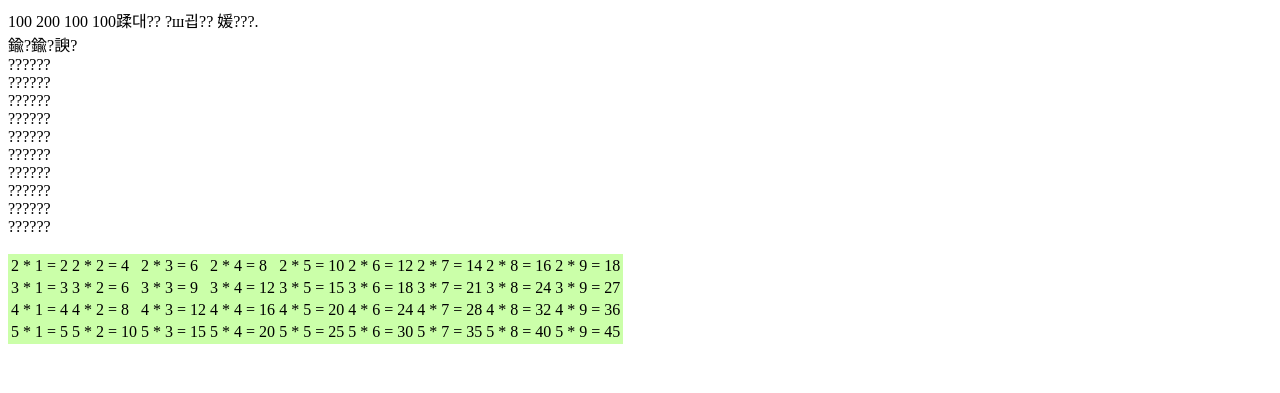
Repository: lee010207/HTML-CSS-JS
Page: http://localhost/EL_JSTL/jstlTest.jsp
The author's editor kept a copy of each file at every save. The page is drawn from the files as they stood at one save, then again after the next save.
The browser window is 1280 px wide. The pictures show the whole page.
The page is served by Tomcat 9.

Above is the page before, as saved 2023-09-01 03:43:08.

After the next save:
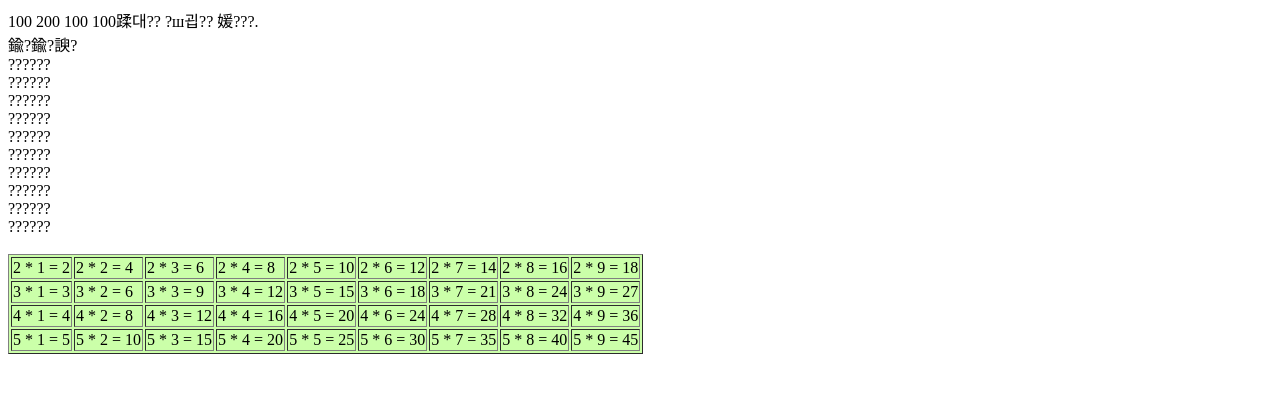
Saved 7 s later.
--- a/04. Server/EL_JSTL/src/main/webapp/jstlTest.jsp
+++ b/04. Server/EL_JSTL/src/main/webapp/jstlTest.jsp
@@ -69,7 +69,7 @@
 
 	<br>
 
-	<table bgcolor="#CBFFA9">
+	<table border="1px" bgcolor="#CBFFA9">
 	<c:forEach var="num1" begin="2" end="5" step="1">
 		<tr>
 		<c:forEach var="i" begin="1" end="9" step="1">
